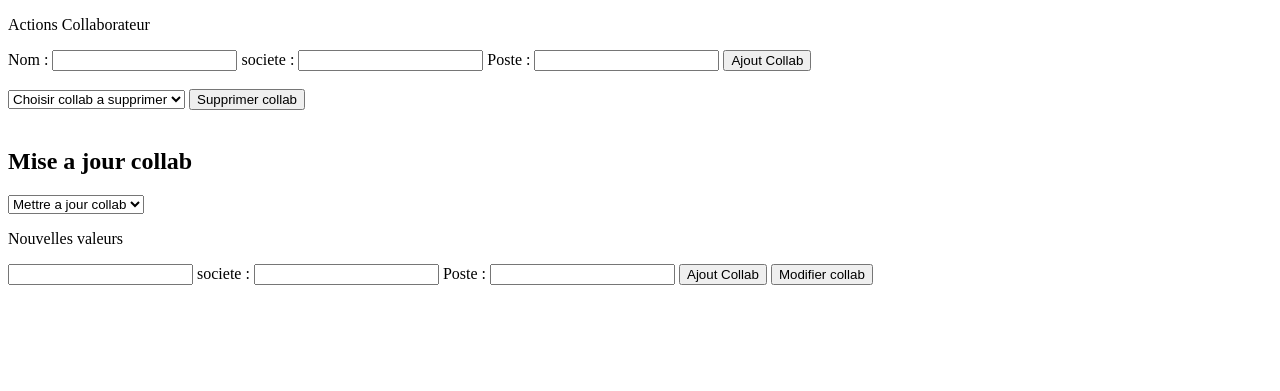
Repository: Shakibaei-2020/CRA_JEE_FINAL
Page: http://localhost/jee_crainfocom/WEB-INF/accueil.jsp
These files come from the project's save history. The page is drawn as it stood at one moment and after the next save; the edit follows.
The browser window is 1280 px wide. The pictures show the whole page.
The page is served by Tomcat 9. Nobody is signed in. The template is opened directly, without the code that normally fills it, so the values that code supplies are empty.

Above is the page before, as saved 2021-03-25 14:14:29.

After the next save:
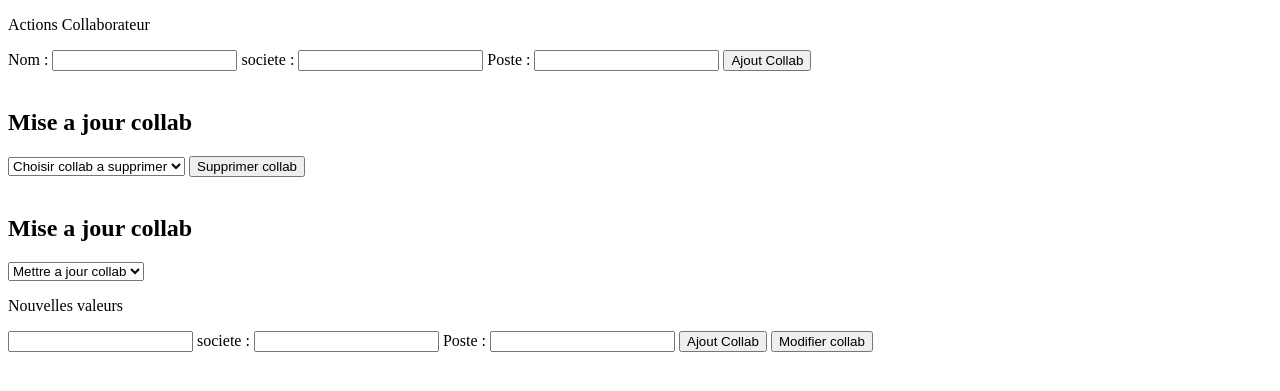
Saved 15 s later.
--- a/CRA_JEE_FINAL/CRA_JEE_FINAL/jee_crainfocom/src/main/webapp/WEB-INF/accueil.jsp
+++ b/CRA_JEE_FINAL/CRA_JEE_FINAL/jee_crainfocom/src/main/webapp/WEB-INF/accueil.jsp
@@ -26,7 +26,9 @@
             <input type="submit" value="Ajout Collab" />
         </form>
 
-        <br>
+<br>
+ <h2>Mise a jour collab</h2>
+
 <form method="post" action="">
 	<select name="pets" id="pet-select">
     	<option value="">Choisir collab a supprimer</option>
